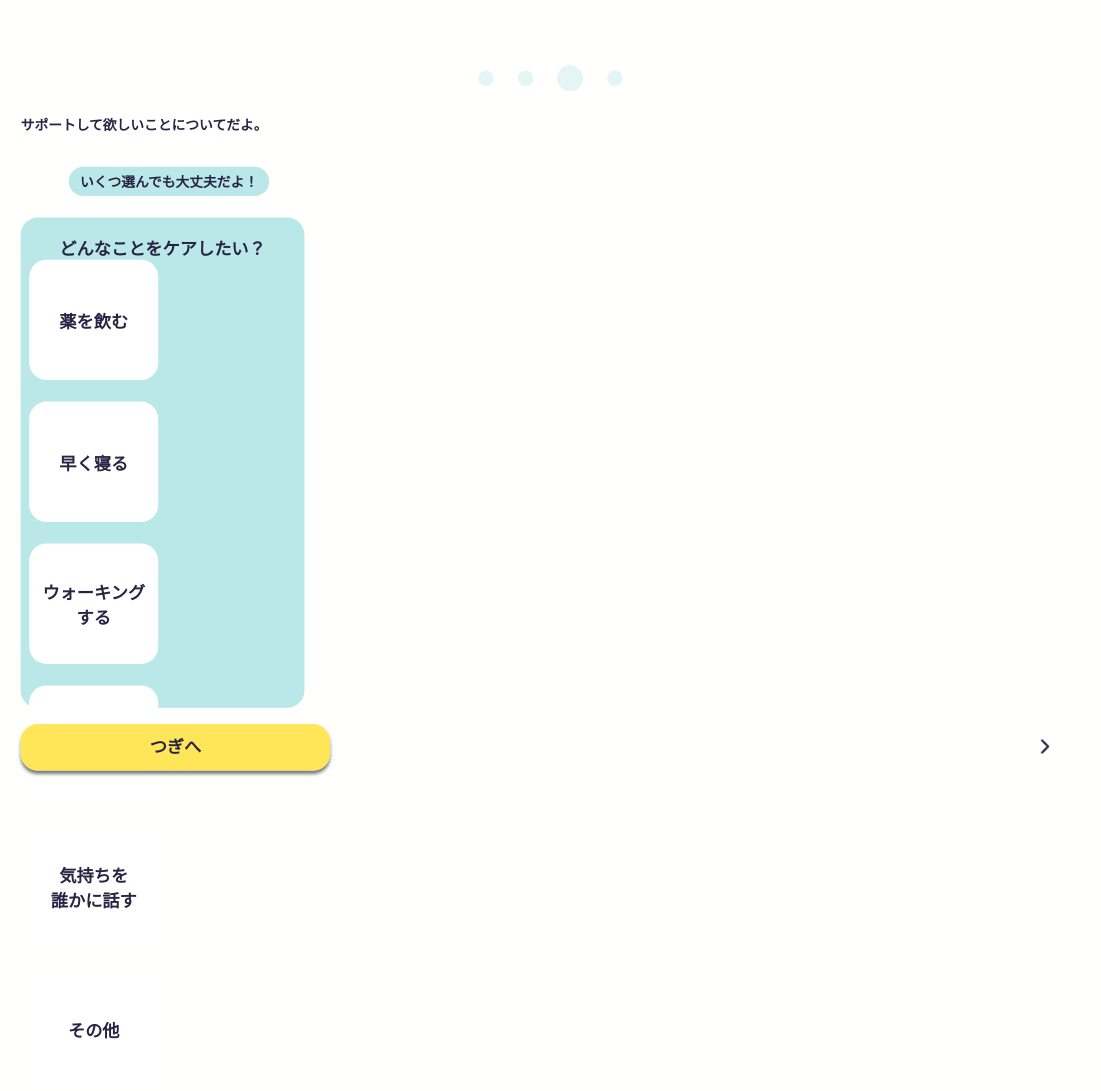
Repository: misaki0919/Self-care
Page: support.html
These files come from the project's save history. The page is drawn as it stood at one moment and after the next save; the edit follows.
The browser window is 1280 px wide. The pictures show the whole page, at 86% of full size.
Some web fonts or font styles are not loaded; a fallback is used.

Above is the page before, as saved 2026-07-20 19:19:20.

After the next save:
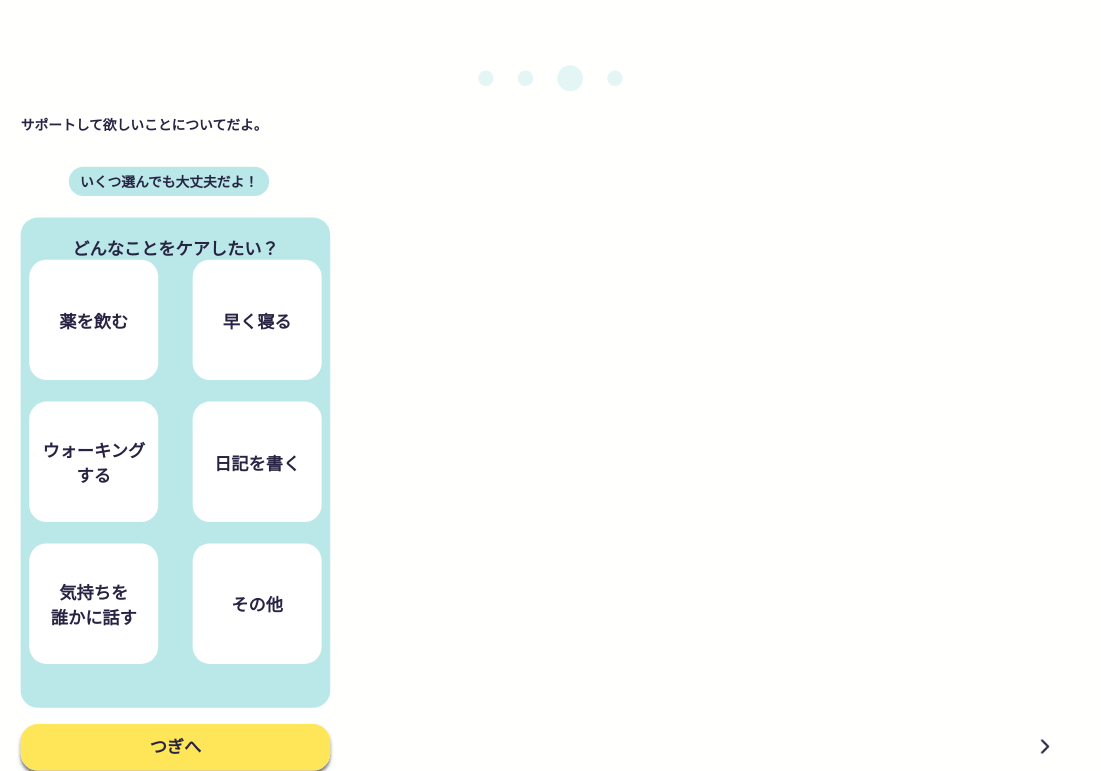
Saved 10 s later.
--- a/css/support.css
+++ b/css/support.css
@@ -53,7 +53,7 @@ body{
     margin: 0 24px;
     background-color: #BAE8E8;
     height: 570px;
-    width: 330px;
+    width: 360px;
     border-radius: 20px;
     margin-bottom: 30px;
     padding-left: 10px;
